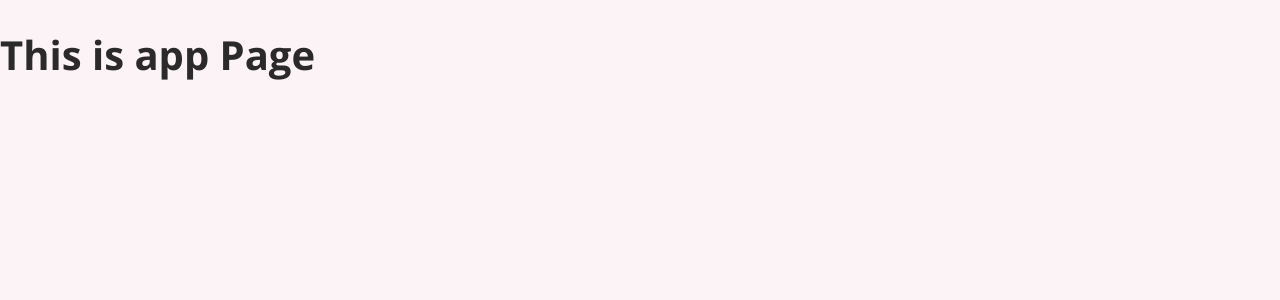
Repository: portretrieve/react-meetup-app
Page: /
These files come from the project's save history. The page is drawn as it stood at one moment and after a run of saves; the edit follows.
The browser window is 1280 px wide. The pictures show the whole page.
The project was rebuilt for these pictures with package versions that can differ from the ones it lists, and the page was loaded fresh each time. Also part of the build but not shown: src/pages/Favourites.js, src/pages/NewMeetup.js.

Above is the page before, as saved 2021-08-17 15:22:38.

After the next 2 saves:
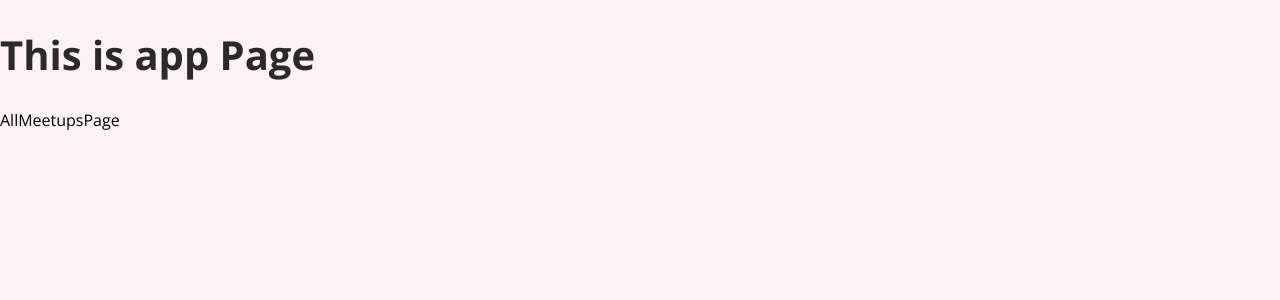
The 2 saves are shown as one change because 1 did not build or start.
The last was saved 27 s later.
--- a/src/App.js
+++ b/src/App.js
@@ -6,6 +6,7 @@ function App() {
   return (
     <div>
       <h1>This is app Page</h1>
+      <AllMeetupsPage />
     </div>
   );
 }
